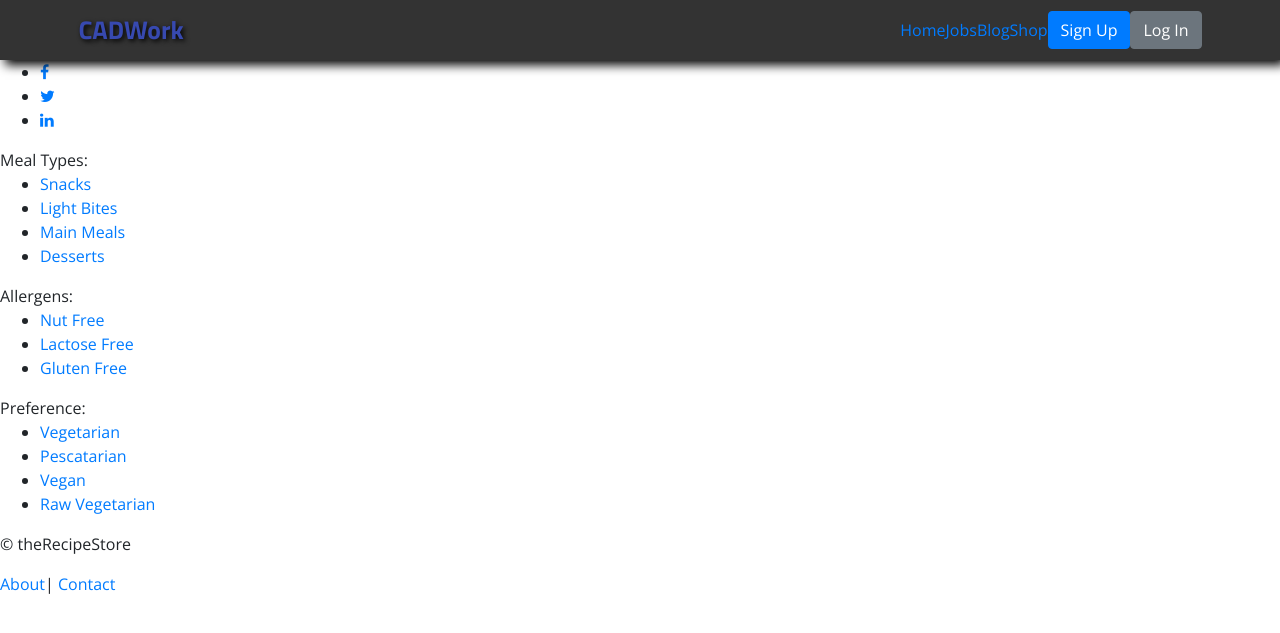
Repository: JShad30/cadwork
Page: templates/base.html
The author's editor kept a record of every edit. The page is drawn from the files as they stood at one moment, then again after the next edit.
The browser window is 1280 px wide. The pictures show the whole page.
The template is drawn by Django 2.2. The application's start-up code is not run. Other server files are loaded and not shown. The template is opened directly, without the code that normally fills it, so the values that code supplies are empty.

Above is the page before.

### templates/base.html
{% load static %}
<!DOCTYPE html>
<html lang="en">

<head>
	<!--Meta descriptions-->
    <meta charset="UTF-8">
    <meta name="viewport" content="width=device-width, initial-scale=1.0">
    <meta http-equiv="X-UA-Compatible" content="ie=edge">
    <meta name="description" content="Upload jobs and find a CAD Professional for your project">

    <!--Website title and description-->
    <title>CADWork</title>

    <!--Links to font awesome used for social icons and the css file and the bootstrap framework-->
    <link rel="stylesheet" href="https://stackpath.bootstrapcdn.com/bootstrap/4.3.1/css/bootstrap.min.css" integrity="sha384-ggOyR0iXCbMQv3Xipma34MD+dH/1fQ784/j6cY/iJTQUOhcWr7x9JvoRxT2MZw1T" crossorigin="anonymous">
    <link rel="stylesheet" href="https://cdnjs.cloudflare.com/ajax/libs/font-awesome/4.7.0/css/font-awesome.min.css">
    <link rel="stylesheet" href="{% static 'css/styles.css' %}">
</head>

<!--This html page will have the navbar and footer that will be used on every one of the pages-->
<body>

    <nav class="navbar">
        <div class="navbar-container">
            <div class="navbar-logo-label">
            	<!--Logo will link back to the home page-->
                <div class="navbar-logo">
                    <a href="#">CADWork</a>
                </div>
                <!--Navbar burger icon created so that effect can take place on mobile view-->
                <div id="navbar-dropdown" class="navbar-dropdown">
					<span class="line line1"></span>
					<span class="line line2"></span>
					<span class="line line3"></span>
                </div>
            </div>
            <div class="navbar-links">
	            <a class="dropdown-content-button" href="#">Home</a>
                <a id="jobs-dropdown-link" class="dropdown-content-button" href="#">Jobs</a>
                <div id="jobs-dropdown" class="dropdown-content">
	                <a class="dropdown-content-link" href="#">Upload</a>
	                <a class="dropdown-content-link" href="#">Bid</a>
	            </div>
                <a class="dropdown-content-button" href="#">Blog</a>
	            <a class="dropdown-content-button" href="#">Shop</a>

                <!--Buttons that link to pages allowing the user to sign up or login to their membership area-->
                {% if user.is_authenticated %}
                <!--Account link which only appears if user is logged in-->
                <a id="meal-type" class="dropdown-content-button" href="#">Account</a>
                <a class="btn btn-dark" href="#" role="button">Log Out</a>

	            {% else %}
	            <a class="btn btn-primary" href="#" role="button">Sign Up</a>
	            <a class="btn btn-secondary" href="#" role="button">Log In</a>
	            {% endif %}

	            <!--The following lines will only appear in mobile views-->
	            <div class="horizontal-rule-divider">
	            	<div class="navbar-contents-seperate"></div>
	            </div>
	            <!--Social links in destop views wil be attached to the side of the page-->
	            <div class="navbar-link">
	                <div id="social" class="dropdown-content">
	                	<a class="social-link" href="https://www.facebook.com/" target="_blank"><i class="fa fa-facebook"></i></a>
	                	<a class="social-link" href="https://twitter.com/" target="_blank"><i class="fa fa-twitter"></i></a>
	                	<a class="social-link" href="https://www.linkedin.com/?hl=en" target="_blank"><i class="fa fa-linkedin"></i></a>
	                </div>
	            </div>

	            <!--Contact and about page only appears in mobile views-->
	            <div class="contact-about-navbar">
	            	<div class="contact-about-navbar-links">
		                <a id="about-navbar" class="contact-about-link" href="#">About</a>
		                <a id="contact-navbar" class="contact-about-link" href="#">Contact</a>
		                <span class="contact-about-link">&#169; 2019 CADWork</span>
		            </div>
	            </div>

            </div>
        </div>
    </nav>

    <!--These social icons only display where the website is being displayed on mobile views -->
    <div class="icon-bar-desktop-views">
		<a href="https://www.facebook.com/" target="_blank" class="icon-bar-facebook"><i class="fa fa-facebook"></i></a>
		<a href="https://twitter.com/" target="_blank" class="icon-bar-twitter"><i class="fa fa-twitter"></i></a>
		<a href="https://www.linkedin.com/?hl=en" target="_blank" class="icon-bar-linkedin"><i class="fa fa-linkedin"></i></a>
	</div>

    {% block content %}
    {% endblock %}

    <footer class="footer">
		<div class="footer-container">
			<!--Social links at the top of the footer-->
			<div class="footer-social">
                <ul class="social-links">
                    <li class="social"><a class="dropdown-content-link social-link" href="https://www.facebook.com/" target="_blank"><i class="fa fa-facebook"></i></a></li>
                    <li class="social"><a class="dropdown-content-link social-link" href="https://twitter.com/" target="_blank"><i class="fa fa-twitter"></i></a></li>
                    <li class="social"><a class="dropdown-content-link social-link" href="https://www.linkedin.com/?hl=en" target="_blank"><i class="fa fa-linkedin"></i></a></li>
                </ul>
            </div>
            <!--Links at the top of the footer section-->
			<div class="footer-top-primary-links">
				<!--Select the recipes by meal type-->
				<div class="footer-section">
					<div class="meal-types-footer-links footer-list-title" id="meal-types-footer-dropdown">Meal Types:</div>
					<ul class="meal-types-subject-links footer-list" id="meal-types-list">
						<li class="footer-list-item"><a class="footer-list-link" href="#">Snacks</a></li>
						<li class="footer-list-item"><a class="footer-list-link" href="#">Light Bites</a></li>
						<li class="footer-list-item"><a class="footer-list-link" href="#">Main Meals</a></li>
						<li class="footer-list-item"><a class="footer-list-link" href="#">Desserts</a></li>
					</ul>
				</div>
				<!--Select recipes by allergen requirements-->
				<div class="footer-section">
					<div class="allergens-footer-links footer-list-title" id="allergens-footer-dropdown">Allergens:</div>
					<ul class="allergens-subject-links footer-list" id="allergens-list">
						<li class="footer-list-item"><a class="footer-list-link" href="#">Nut Free</a></li>
						<li class="footer-list-item"><a class="footer-list-link" href="#">Lactose Free</a></li>
						<li class="footer-list-item"><a class="footer-list-link" href="#">Gluten Free</a></li>
					</ul>
				</div>
				<!--Allow the user to select the pages that show the most recent and the most popular recipes-->
				<div class="footer-section">
					<div class="search-footer-links footer-list-title" id="search-footer-dropdown">Preference:</div>
					<ul class="search-subject-links footer-list" id="search-list">
						<li class="footer-list-item"><a class="footer-list-link" href="#">Vegetarian</a></li>
						<li class="footer-list-item"><a class="footer-list-link" href="#">Pescatarian</a></li>
						<li class="footer-list-item"><a class="footer-list-link" href="#">Vegan</a></li>
						<li class="footer-list-item"><a class="footer-list-link" href="#">Raw Vegetarian</a></li>
					</ul>
				</div>
			</div>
			<!--Horizontal rule between the top section of the footer and the bottom statements-->
			<div class="horizontal-rule-footer">
	          	<div class="footer-contents-separate"></div>
	        </div>
	        <!--Bottom section of the footer-->
            <div class="footer-statement">
            	<!--Copyright statement-->
            	<p class="statement">&#169; theRecipeStore</p>
            	<div class="footer-contact-about">
					<p class="footer-contact-about-links">
						<!--Links to the contact and about pages-->
						<span class="footer-contact-about-links-span"><a id="about-footer" class="terms-about-link" href="#">About</a></span><span class="footer-contact-about-links-divider">|</span>
			            <span class="footer-contact-about-links-span"><a id="contact-footer" class="terms-about-link" href="#">Contact</a></span>
			        </p>
				</div>
            </div>
		</div>
	</footer>

    <!--Scripts to run-->
    <script src="https://code.jquery.com/jquery-3.3.1.slim.min.js" integrity="sha384-q8i/X+965DzO0rT7abK41JStQIAqVgRVzpbzo5smXKp4YfRvH+8abtTE1Pi6jizo" crossorigin="anonymous"></script>
    <script src="https://cdnjs.cloudflare.com/ajax/libs/popper.js/1.14.7/umd/popper.min.js" integrity="sha384-UO2eT0CpHqdSJQ6hJty5KVphtPhzWj9WO1clHTMGa3JDZwrnQq4sF86dIHNDz0W1" crossorigin="anonymous"></script>
    <script src="https://stackpath.bootstrapcdn.com/bootstrap/4.3.1/js/bootstrap.min.js" integrity="sha384-JjSmVgyd0p3pXB1rRibZUAYoIIy6OrQ6VrjIEaFf/nJGzIxFDsf4x0xIM+B07jRM" crossorigin="anonymous"></script>
    <script src="../static/js/navbar.js"></script>
    <script src="../static/js/navbar-contents.js"></script>

</body>

</html>

### static/css/styles.css
/*Font style imports*/

/*Colours to use in site*/
/*
blue colour - #3749B0
dark grey - #333333
White colour - #FAFAFA
*/

/*Importing the fonts */

/* Open Sans font to be used throughout the site */
@import url('https://fonts.googleapis.com/css?family=Open+Sans:400,600&display=swap');

/* Titillium web to be used for the headers throughout the site */
@import url('https://fonts.googleapis.com/css?family=Titillium+Web:400,700&display=swap');

/* Global styles styles*/

* {
    margin: 0;
    font-family: "Open Sans", sans-serif;
}

h1, h2, h3, h4, h5, h6 {
    font-family: "Titillium Web", sans-serif;
}







/*---------- Navbar ----------*/
.navbar {
    position: sticky;
    top: 0;
	width: 100%;
    background-color: #333333;
    display: flex;
    flex-direction: column;
    justify-content: center;
    align-items: center;
    z-index: 10;
    box-shadow: 5px 5px 10px #000000;
}

.navbar-container {
    margin: 0 10px;
    width: 90%;
    height: 100%;
    display: flex;
    flex-direction: column;
    align-items: space-between;
}

.navbar-logo-label {
	height: 60px;
    display: flex;
    flex-direction: row;
    align-items: center;
    justify-content: space-between;
}

.navbar-logo a {
	display: flex;
	align-items: center;
	font-family: "Titillium Web", sans-serif;
	font-size: 1.6em;
	font-weight: 700;
	color: #3749B0;
	text-decoration: none;
	transition-duration: 0.1s;
    transition-timing-function: ease-in-out;
    text-shadow: 2px 2px 5px #000000;
}

.navbar-logo a:hover {
    transition-property: color;
    transition-duration: 0.1s;
    transition-timing-function: ease-in-out;
    color: #80C0B8;
}

/*Navbar burger icon*/
.navbar-dropdown {
    width: 50px;
	font-size: 1.8em;
    display: flex;
    justify-content: flex-end;
    cursor: pointer;
}

.line {
    position: absolute;
    height: 3.5px;
    width: 25px;
    background-color: #FFFFFF;
    border-radius: 1.75px;
    transition: all ease-in-out 0.2s;
}

.line1 {
    top: 22px;
}

.line2 {
    top: 30px;
}

.line3 {
    top: 38px;
}

/*Controlling the cross effect when the burger menu is selected in mobile views*/
.navbar-dropdown.close .line1{
    transform: rotate(45deg);
    top: 30px;
}

.navbar-dropdown.close .line2,
.navbar-dropdown.close .line3 {
    transform: rotate(-45deg);
    top: 30px;
}

/*Navbar dropdown links*/
.navbar-links {
	display: none;
    margin-top: 10px;
}

.navbar-links div a {
	height: inherit;
    display: flex;
    align-items: center;
    margin: 5px;
    text-decoration: none;
    color: #FFFFFF;
    font-size: 1.2em;
    line-height: 1.4em;
    transition-duration: 0.1s;
    transition-timing-function: ease-in-out;
    text-shadow: 1px 1px 10px #333333;
}

.navbar-links .navbar-link a:hover {
    transition-property: color;
    color: #80C0B8;
    transition-timing-function: ease-in-out;
    transition-duration: 0.1s;
}

.navbar-links.active {
	display: flex;
	flex-direction: column;
    align-items: center;
    justify-content: center;
}

.dropdown-content-button {
    cursor: pointer;
}

/*Navbar dropdown appearance*/

.dropdown-content {
    display: flex;
    min-width: 150px;
    z-index: 1;
    padding: 0 10px;
}

/*Controlling the dropdown content*/

.dropdown-content .dropdown-content-link {
	font-family: "Roboto", sans-serif;
    line-height: 1.4em;
	font-size: 1em;
	transition-property: color;
	transition-duration: 0.1s;
	transition-timing-function: ease-in-out;
	margin-left: 10px;
}

.dropdown-content .dropdown-content-link:hover {
	color: #80C0B8;
	transition-property: color;
	transition-duration: 0.1s;
	transition-timing-function: ease-in-out;
}

/*Search for section active and non active states for navbar-contents.js*/
#search-link-dropdown {
    display: none;
}

#search-link-dropdown.active {
    display: flex;
}

/*Jobs dropdown controlled by navbar-contents.js*/
#jobs-dropdown {
    display: none;
}

#jobs-dropdown.active {
    display: flex;
}

/*Social media links*/

.dropdown-content .social-link {
    margin: 10px;
}

/*contact and Conditions/About/ horizontal line appearing in mobile view*/

/*Social links in mobile view*/
#social {
    display: flex;
    flex-direction: row;
    justify-content: center;
    align-items: center;
    width: 100%;
    padding: 0;
    margin: 20px 0 30px 0;
}

.navbar-link div a i {
    font-size: 1.7em;
}

/*Horizontal line that appears in mobile views*/
.horizontal-rule-divider {
    display: flex;
    align-items: center;
    justify-content: center;
    margin-top: 30px;
}

.navbar-contents-seperate {
    width: 50%;
    height: 1px;
    background-color: #FAFAFA;
    border: 0;
}

/*Links to contact and about page that only appear in the mobile view*/
.contact-about-navbar {
    margin: 15px 0;
}

.contact-about-navbar-links {
    display: flex;
    flex-direction: column;
    justify-content: center;
    align-items: flex-start;
}

.contact-about-navbar div a,
.contact-about-navbar div span {
    margin: 2px 5px;
    color: #FAFAFA;
    font-size: 0.8em;
    font-family: "Roboto", sans-serif;
    transition-property: color;
    transition-duration: 0.1s;
    transition-timing-function: ease-in-out;
    line-height: 1.5em;
}

.contact-about-navbar div a:hover {
    transition-property: color;
    transition-duration: 0.1s;
    transition-timing-function: ease-in-out;
}
/*---------- End of Navbar ----------*/







/* Social icons at the side of the page in desktop views */
.icon-bar-desktop-views {
    top: 40%;
    position: fixed;
    -webkit-transform: translateY(-50%);
    -ms-transform: translateY(-50%);
    transform: translateY(-50%);
}

.icon-bar-desktop-views a {
    display: none;
    text-align: center;
    transition-timing-function: ease-in-out;
    padding: 10px 12px;
    transition-duration: 0.1s;
    color: white;
    font-size: 25px;
}

.icon-bar-facebook {
    background-color: #3B5998;
    color: #FAFAFA;
    width: 30px;
}

.icon-bar-twitter {
    background-color: #55ACEE;
    color: #FAFAFA;
    width: 30px;
}

.icon-bar-linkedin {
    background-color: #007bb5;
    color: #FAFAFA;
    width: 30px;
}

.icon-bar-facebook:hover,
.icon-bar-twitter:hover,
.icon-bar-linkedin:hover {
    padding-left: 30px;
}
/*---------- End of social icons at the side of the page in desktop views ----------*/







/*---------- Footer ----------*/
/*---------- End of Footer ----------*/









/*---------- Larger screen sizes ----------*/
/* Horizontal mobile screens */
@media(min-width: 500px) {
}

/*tablet screens*/
@media(min-width: 768px) {
}

/*Large tablet and small laptop screens*/
@media(min-width: 992px) {
    /*----------Navbar----------*/

	.navbar {
		height: 60px;
	}

	.navbar-container {
        display: flex;
        flex-direction: row;
        justify-content: space-between;
        align-items: center;
    }

	/*Setting the margin between the left of the page and the logo*/

    .navbar-links {
        display: flex;
        flex-direction: row;
        justify-content: flex-end;
        align-items: center;
        height: 80px;
        margin-top: 0;
    }

    /*Switching off the burger menu*/
    .navbar-dropdown {
        display: none;
    }

    .navbar-links div a {
	    font-size: 1em;
	    margin-left: 10px;
	}

    .dropdown-content {
        display: flex;
        position: absolute;
        background-color: #36736B;
        min-width: 100px;
        box-shadow: 0px 8px 10px 0px rgba(0,0,0,0.3);
        z-index: 1;
        padding: 0 10px 10px 10px;
    }

    .dropdown-content .dropdown-content-link {
        line-height: 1.2em;
        font-size: 0.9em;
        margin: 3px 0 3px 5px;
    }

    .navbar-link {
        height: 60px;
    }

    .navbar-links div a {
        margin: 0 10px;
    }

    .navbar-link .dropdown-content a {
        margin: 10px 0;
    }

    /*Bonus links in the Navbar*/
    .navbar-contents-seperate,
    .contact-about-navbar {
        display: none;
    }

    /*Stopping social links from displaying*/
    .navbar-link #social {
        display: none;
    }

    .navbar-link-buttons {
        margin: 0;
        justify-content: flex-end;
        width: 220px;
    }

    .navbar-link-buttons-logout {
        width: 130px;
    }

    .sign-up-login-button {
        margin: 0 4px;
    }

    .my-account {
        font-size: 1.6em;
    }

    /*----------End of Navbar in laptop and desktop views-----------*/

}

/*Larger laptop and desktop screens*/
@media(min-width: 1224px) {
}

### static/js/navbar.js
var width = $(window).width(); // Setting the window of the screen as a variable

//Adding and removeing the classes
$(document).ready(function() {
    $("#navbar-dropdown").on("click", function() {
    	$(this).toggleClass("close");
		$(".navbar-links").slideToggle("fast");
	});
});

// Reset page when window size changes
$(window).resize(function() {
    location.reload(true)
});

Loaded but not shown: static/js/navbar-contents.js (no copy from this time; the picture is the same without it)

After the next edit:
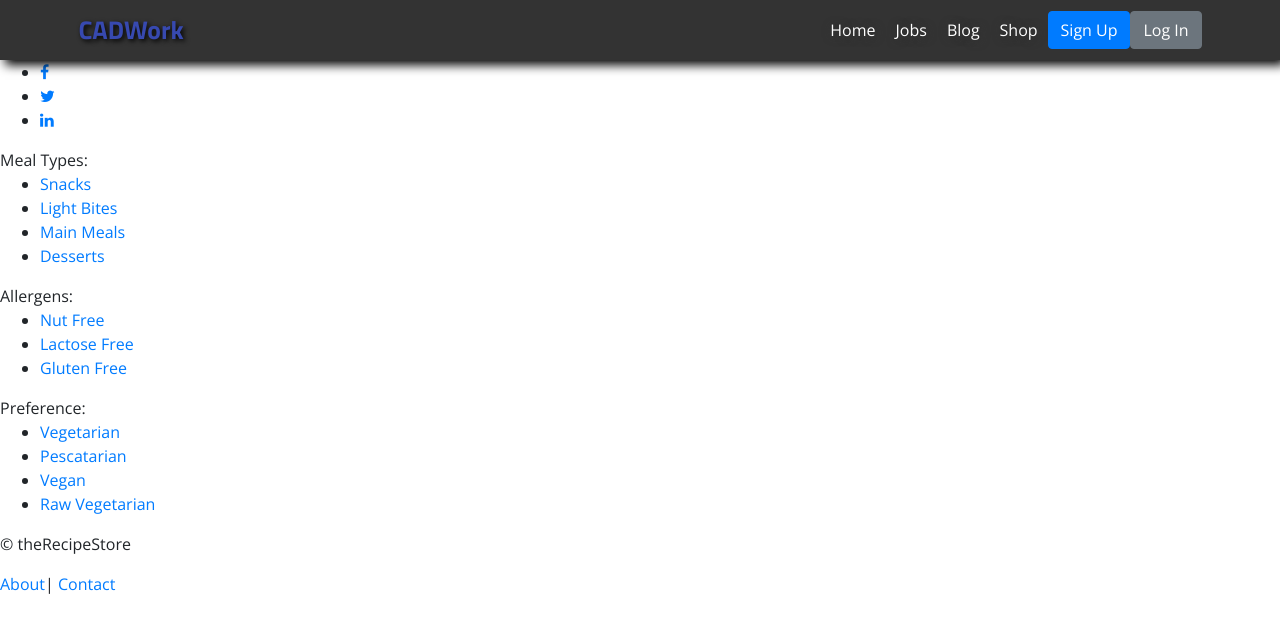
The edit:
--- a/templates/base.html
+++ b/templates/base.html
@@ -36,14 +36,22 @@
                 </div>
             </div>
             <div class="navbar-links">
-	            <a class="dropdown-content-button" href="#">Home</a>
-                <a id="jobs-dropdown-link" class="dropdown-content-button" href="#">Jobs</a>
-                <div id="jobs-dropdown" class="dropdown-content">
-	                <a class="dropdown-content-link" href="#">Upload</a>
-	                <a class="dropdown-content-link" href="#">Bid</a>
+            	<div class="navbar-link">
+	            	<a class="dropdown-content-button" href="#">Home</a>
 	            </div>
-                <a class="dropdown-content-button" href="#">Blog</a>
-	            <a class="dropdown-content-button" href="#">Shop</a>
+	            <div class="navbar-link">
+	                <a id="jobs-dropdown-link" class="dropdown-content-button" href="#">Jobs</a>
+	                <div id="jobs-dropdown" class="dropdown-content">
+		                <a class="dropdown-content-link" href="#">Upload</a>
+		                <a class="dropdown-content-link" href="#">Bid</a>
+		            </div>
+		        </div>
+		        <div class="navbar-link">
+                	<a class="dropdown-content-button" href="#">Blog</a>
+                </div>
+                <div class="navbar-link">
+	            	<a class="dropdown-content-button" href="#">Shop</a>
+	            </div>
 
                 <!--Buttons that link to pages allowing the user to sign up or login to their membership area-->
                 {% if user.is_authenticated %}
